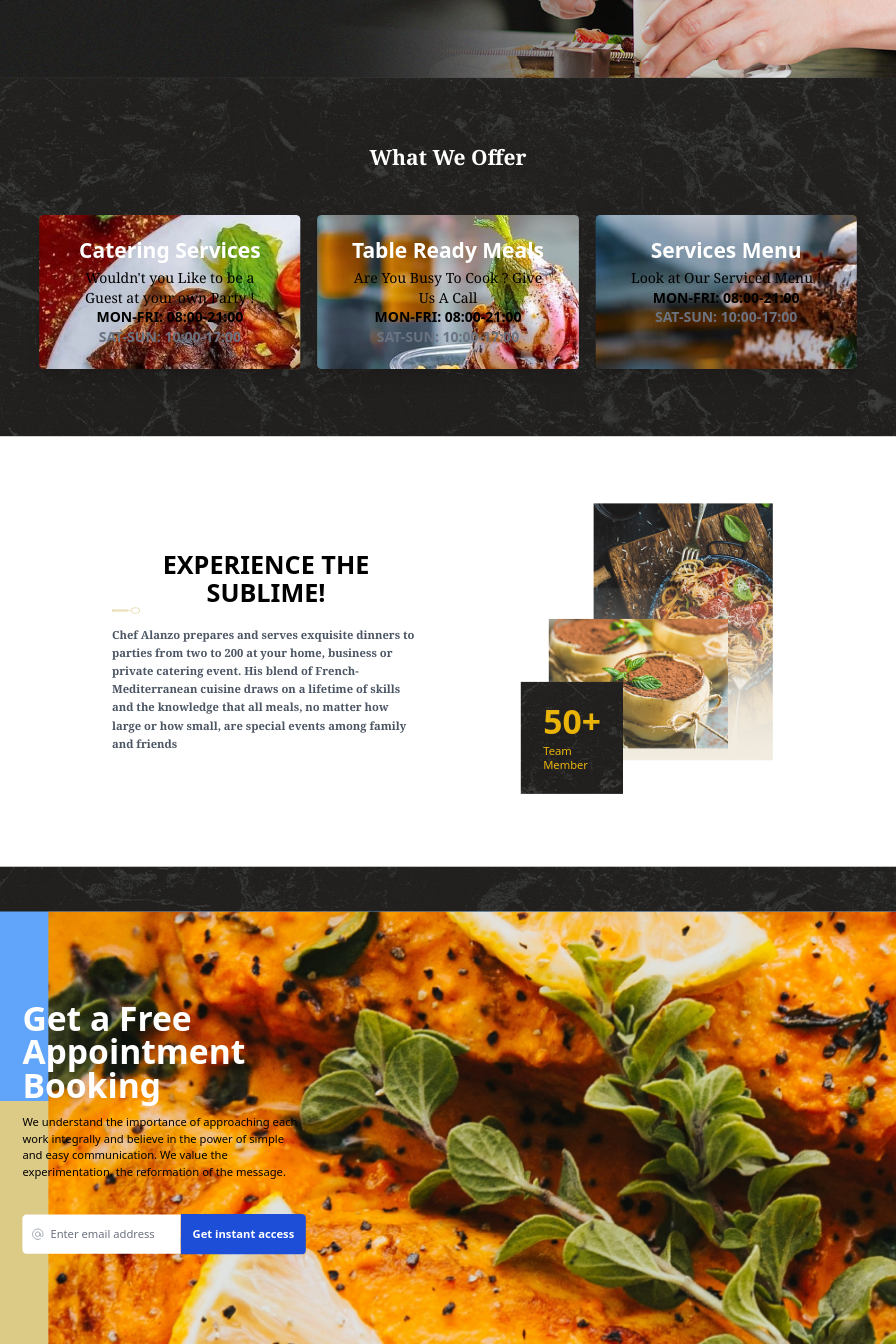
Repository: remydev47/alanzo
Page: /
The author's editor kept a copy of each file at every save. The page is drawn from the files as they stood at one save, then again after the next save.
The browser window is 1280 px wide. The pictures show the part of the page from y = 693 to 2613 px (the page is 2613 px tall), at 70% of full size.
The project was rebuilt for these pictures with package versions that can differ from the ones it lists, and the page was loaded fresh each time. The framework's server and built-in components were replaced by stand-ins that run in the browser. Also part of the build but not shown: next.config.js, components/Catering.tsx, components/Menu.tsx, components/Testimonials.tsx, components/CTA.tsx, components/Footer.tsx.

Above is the page before, as saved 2022-12-17 12:42:12.

After the next save:
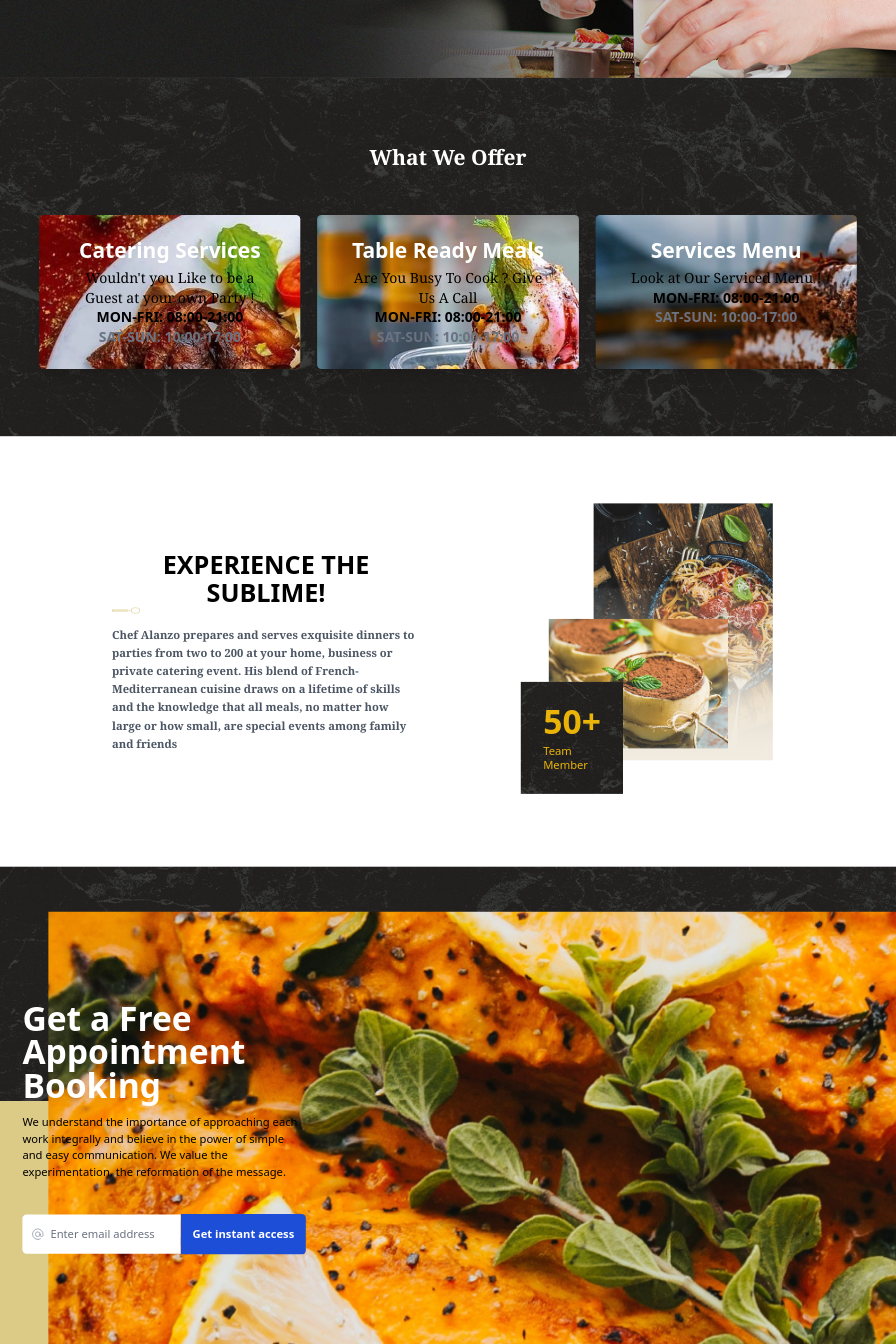
Saved 97 s later.
--- a/components/Consulting.tsx
+++ b/components/Consulting.tsx
@@ -2,7 +2,7 @@
 
 const Consulting = () => {
   return (
-    <section className="mt-16 relative py-10 overflow-hidden bg-blue-400 sm:py-16 lg:py-24 xl:py-32">
+    <section className="mt-16 relative py-10 overflow-hidden sm:py-16 lg:py-24 xl:py-32">
     <div className="absolute inset-0">
       <img className="object-cover w-full h-full md:object-left md:scale-150 md:origin-top-left" src="/images/welcome.png" alt="" />
    </div>
